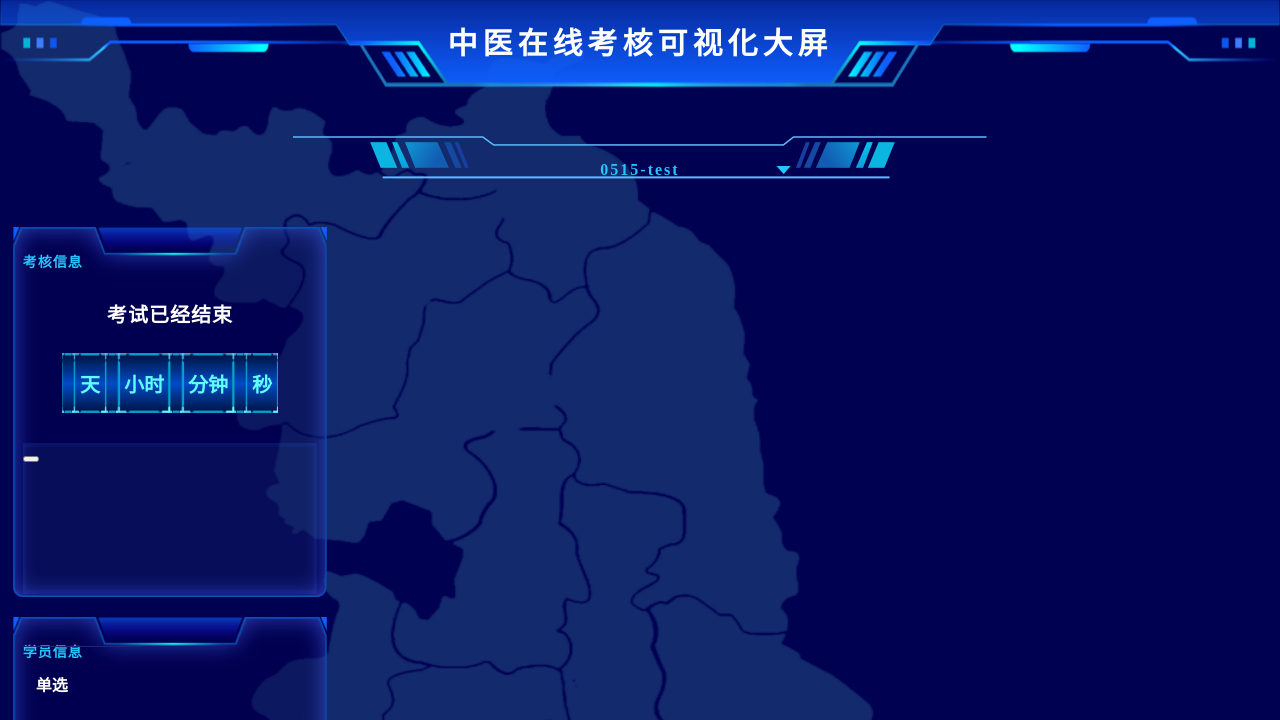
Repository: krislorem/medicine-online-datascreen-vue
Page: /
These files come from the project's save history. The page is drawn as it stood at one moment and after the next save; the edit follows.
The browser window is 1280 px wide. The pictures show the whole page.
The project was rebuilt for these pictures with package versions that can differ from the ones it lists, and the page was loaded fresh each time. Also part of the build but not shown: vite.config.ts.

Above is the page before, as saved 2024-12-04 20:06:28.
Console error (its wording comes from the project's code and is left out).

After the next save:
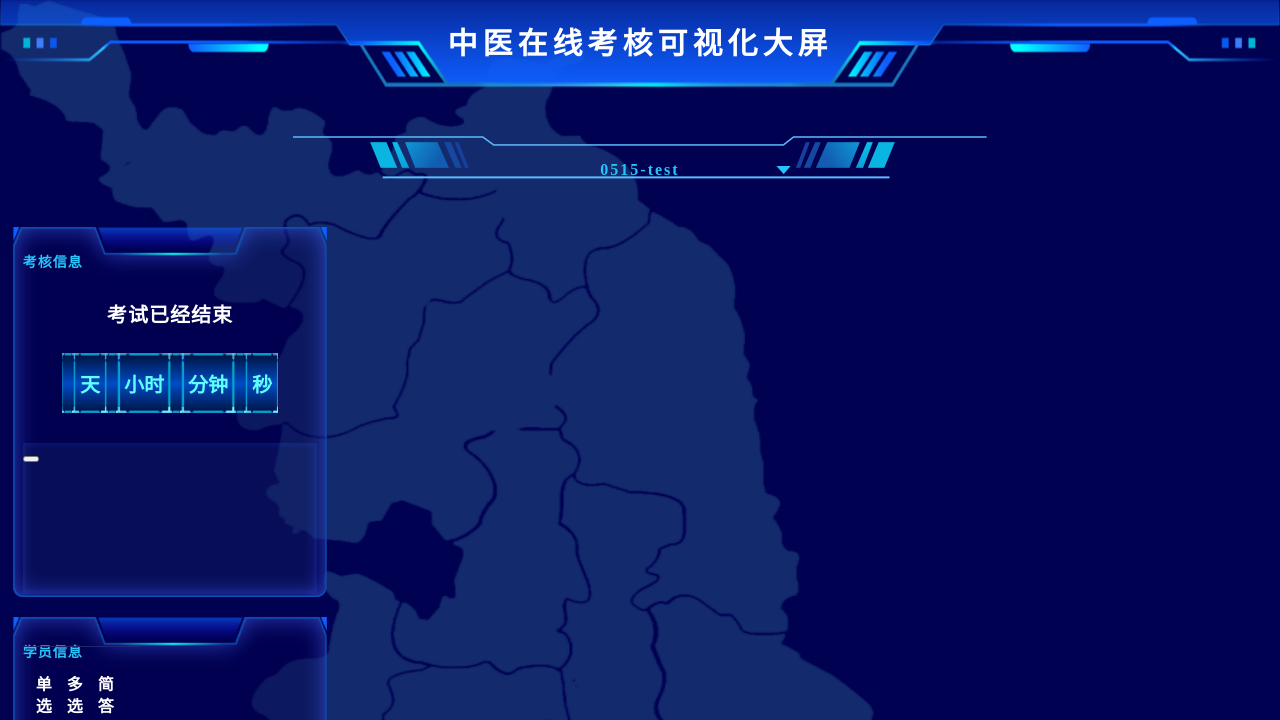
Saved 35 s later.
--- a/src/views/HomeView.vue
+++ b/src/views/HomeView.vue
@@ -40,6 +40,14 @@
                   <div class="res-box">
                     <div class="res-item">
                       <span>单选</span>
+                      <p>{{ }}</p>
+                    </div>
+                    <div class="res-item">
+                      <span>多选</span>
+                      <p>{{ }}</p>
+                    </div>
+                    <div class="res-item">
+                      <span>简答</span>
                       <p>{{ }}</p>
                     </div>
                   </div>
